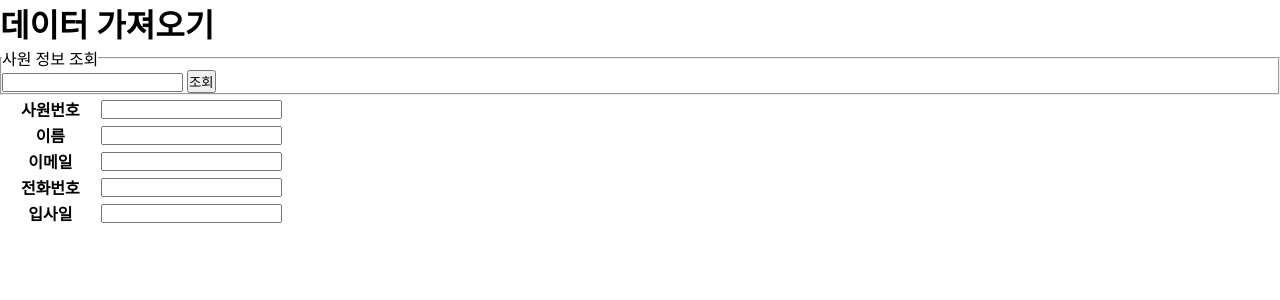
Repository: lafayetteey/WorkSpace_JQ_Ajax
Page: workspace_jq_Ajax/UI_JQ_Ajax/WebContent/jq21_ajax.html
The author's editor kept a copy of each file at every save. The page is drawn from the files as they stood at one save, then again after the next save.
The browser window is 1280 px wide. The pictures show the whole page.

Above is the page before, as saved 2020-06-22 09:50:27.

### workspace_jq_Ajax/UI_JQ_Ajax/WebContent/jq21_ajax.html
<!DOCTYPE html>
<html>
<head>
<meta charset="UTF-8">
<title>Insert title here</title>
<style type="text/css">
	*{margin:0px; padding: 0px;}
	table{width: 400px;}
</style>
</head>
<body>
	<h1>데이터 가져오기</h1>
	<fieldset>
		<legend>사원 정보 조회 </legend>
		<input type="text" name="empid">
		<input type="button" id="emp_search" value="조회">
	</fieldset>
	<table>
		<tr>
			<th>사원번호 </th>
			<td><input type="text" name="empNum"></td>
		</tr>
		<tr>
			<th>이름 </th>
			<td><input type="text" name="empName"></td>
		</tr>
		<tr>
			<th>이메일 </th>
			<td><input type="text" name="email"></td>
		</tr>
		<tr>
			<th>전화번호 </th>
			<td><input type="text" name="phone"></td>
		</tr>
		<tr>
			<th>입사일 </th>
			<td><input type="text" name="hireDate"></td>
		</tr>
	</table>
</body>
</html>

After the next save:
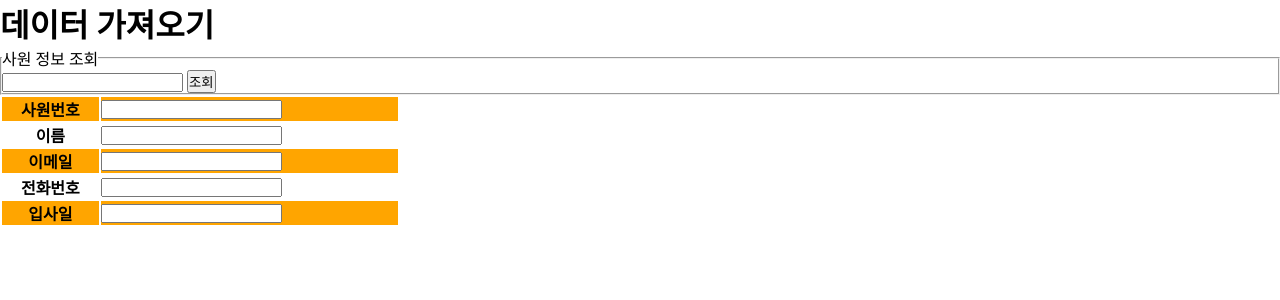
Saved 29 s later.
--- a/workspace_jq_Ajax/UI_JQ_Ajax/WebContent/jq21_ajax.html
+++ b/workspace_jq_Ajax/UI_JQ_Ajax/WebContent/jq21_ajax.html
@@ -6,6 +6,7 @@
 <style type="text/css">
 	*{margin:0px; padding: 0px;}
 	table{width: 400px;}
+	table tr:nth-child(odd){background-color: orange;}
 </style>
 </head>
 <body>
